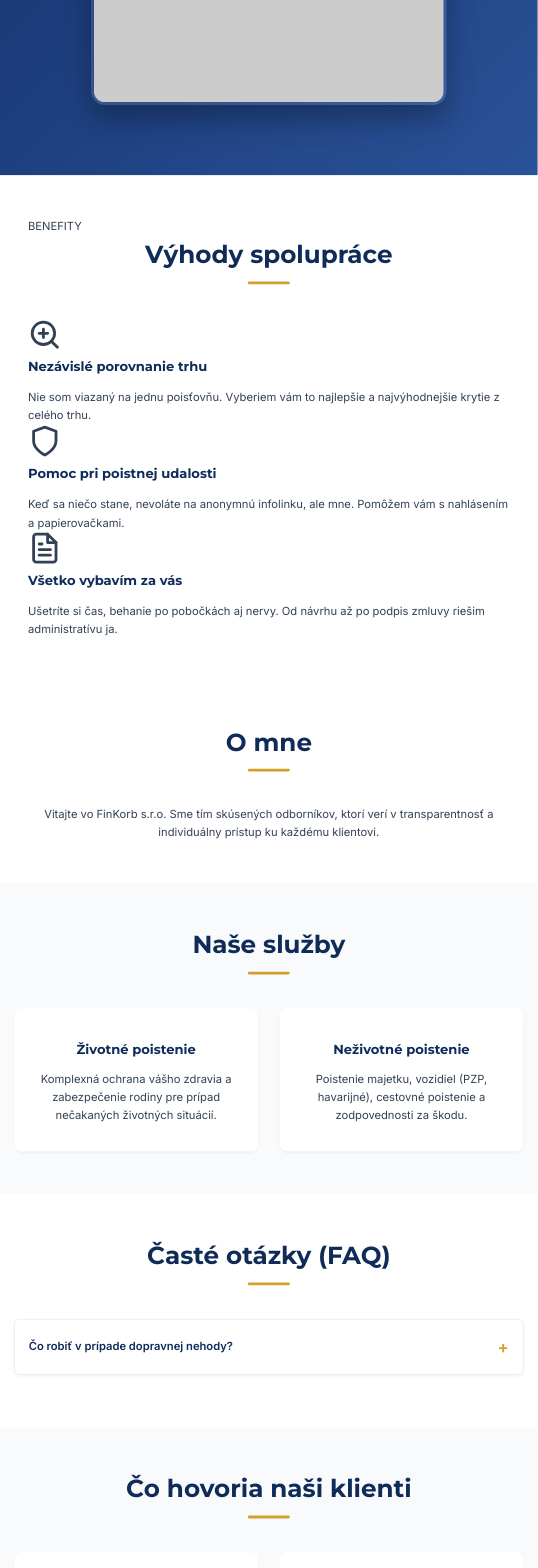
Repository: IvanK03/personal_web
Page: web/index.html
These files come from the project's save history. The page is drawn as it stood at one moment and after the next save; the edit follows.
The browser window is 768 px wide. The pictures show the part of the page from y = 1023 to 3263 px (the page is 3873 px tall before and 4104 px after), at 70% of full size.

Above is the page before, as saved 2026-02-22 12:21:50.

After the next save:
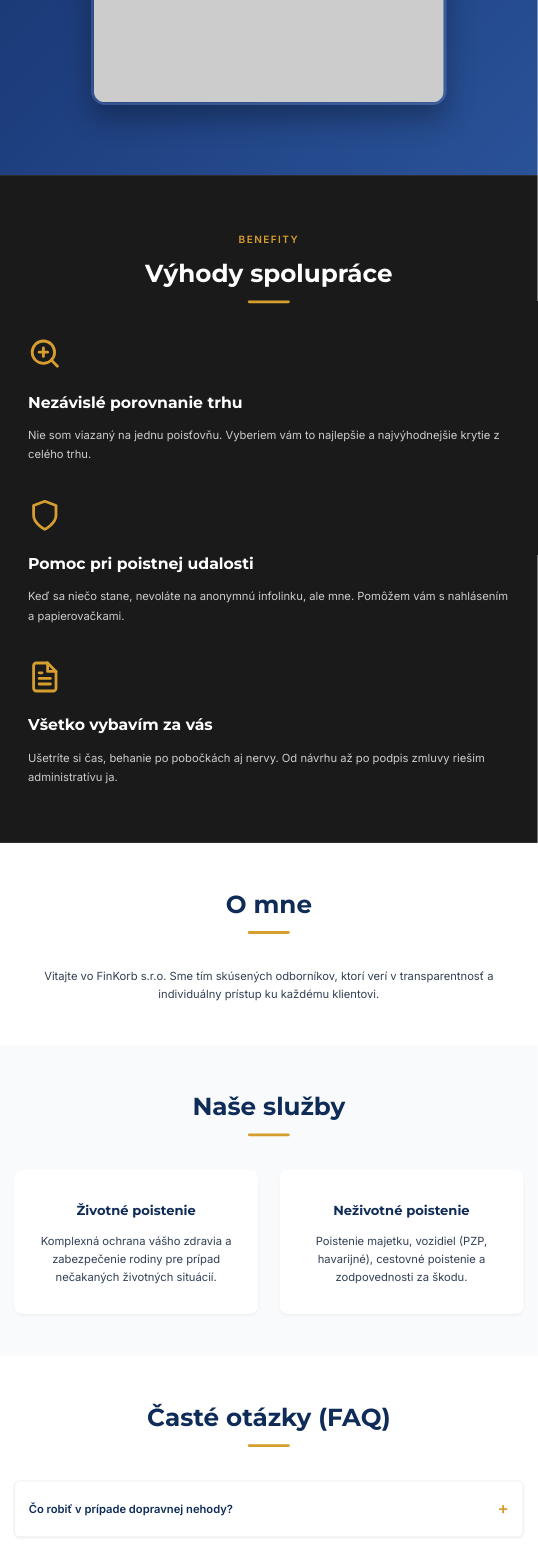
Saved 1 s later.
--- a/web/style.css
+++ b/web/style.css
@@ -259,6 +259,61 @@
     box-shadow: 0 6px 20px rgba(214, 158, 46, 0.6);
 }
 
+/* Sekcia Výhody spolupráce */
+#vyhody {
+    background-color: #1a1a1a;
+    color: var(--white);
+    padding: 80px 20px;
+    max-width: 100%;
+}
+
+.section-header {
+    text-align: center;
+    margin-bottom: 3rem;
+}
+
+.section-subtitle {
+    display: block;
+    color: var(--accent-color);
+    font-weight: 700;
+    font-size: 0.9rem;
+    letter-spacing: 2px;
+    text-transform: uppercase;
+    margin-bottom: 10px;
+}
+
+#vyhody h2 {
+    color: var(--white);
+    margin-bottom: 0;
+}
+
+.benefits-grid {
+    display: grid;
+    grid-template-columns: repeat(3, 1fr);
+    gap: 40px;
+}
+
+.benefit-item {
+    text-align: left;
+}
+
+.benefit-icon {
+    color: var(--accent-color);
+    margin-bottom: 20px;
+}
+
+.benefit-item h3 {
+    color: var(--white);
+    font-size: 1.4rem;
+    margin-bottom: 15px;
+}
+
+.benefit-item p {
+    color: #cccccc;
+    font-size: 1rem;
+    line-height: 1.7;
+}
+
 /* Sekcia O mne */
 #o-mne {
     text-align: center;
@@ -444,6 +499,11 @@
         margin-right: auto;
     }
 
+    .benefits-grid {
+        grid-template-columns: 1fr;
+        gap: 50px;
+    }
+
     section {
         padding: 60px 20px;
     }
